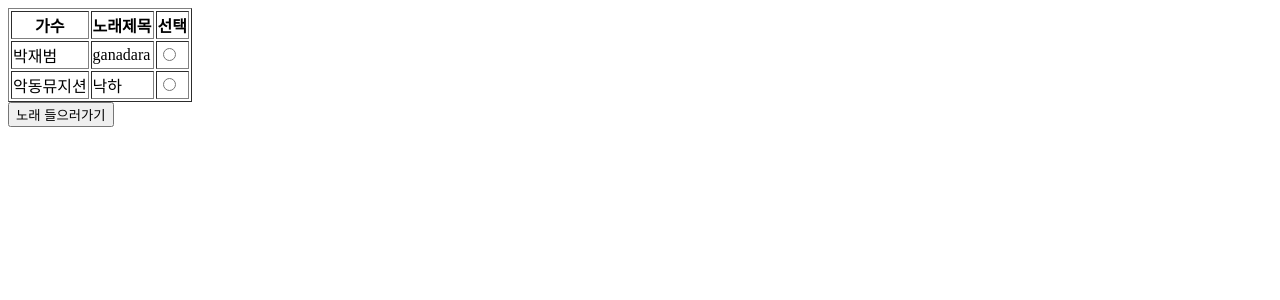
Repository: SimpleRan/jsp_paractice2
Page: http://localhost/JSPBasic/jspobject/qiuz/music.jsp
An editor plug-in stored every save of this project. The page is shown before and after the next save, followed by the edit.
The browser window is 1280 px wide. The pictures show the whole page.
The page is served by Tomcat 9.

Above is the page before, as saved 2022-03-28 09:45:38.

After the next save:
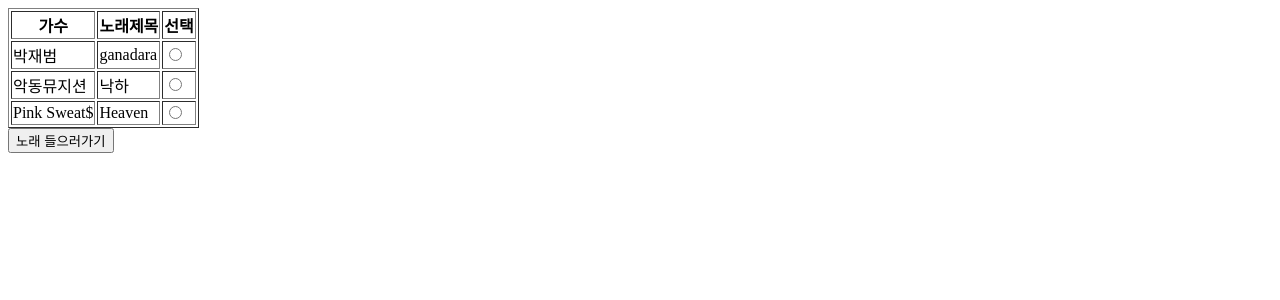
Saved 73 s later.
--- a/JSPBasic/src/main/webapp/jspobject/qiuz/music.jsp
+++ b/JSPBasic/src/main/webapp/jspobject/qiuz/music.jsp
@@ -28,6 +28,11 @@
 	    <td>낙하</td>
 	    <td><input type="radio" name="music" value="낙하"> &nbsp; </td>
 	   </tr>
+	   <tr>
+	    <td>Pink Sweat$</td>
+	    <td>Heaven</td>
+	    <td><input type="radio" name="music" value="낙하"> &nbsp; </td>
+	   </tr>
 	  </tbody>
 	 </table>
 
